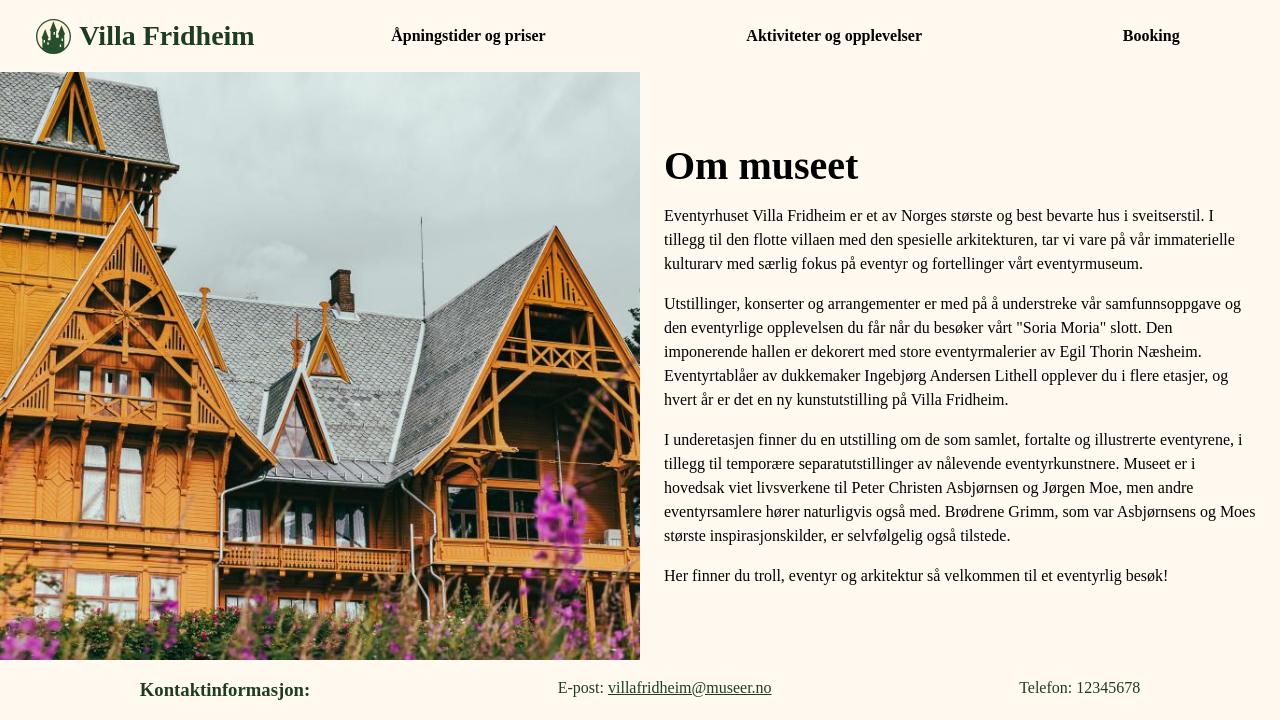
Repository: IdaHolmen/villa-fridheim
Page: src/about.html
These files come from the project's save history. The page is drawn as it stood at one moment and after the next save; the edit follows.
The browser window is 1280 px wide. The pictures show the whole page.
Some web fonts or font styles are not loaded; a fallback is used.

Above is the page before, as saved 2024-10-16 07:27:59.

After the next save:
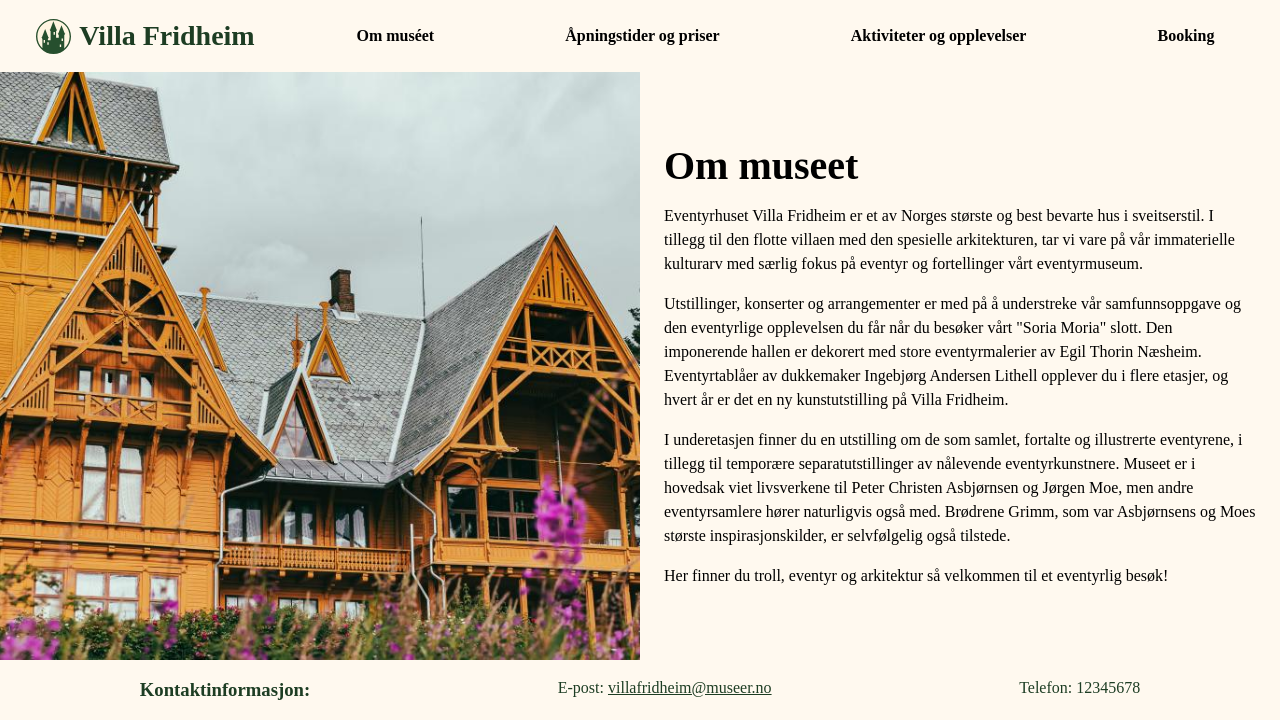
Saved 117 s later.
--- a/src/about.html
+++ b/src/about.html
@@ -21,6 +21,7 @@
             </div>
 
             <nav class="nav-bar">
+                <a href="about.html" class="nav-link">Om muséet</a>
                 <a href="info.html" class="nav-link">Åpningstider og priser</a>
                 <a href="activities.html" class="nav-link">Aktiviteter og opplevelser</a>
                 <a href="booking.html" class="nav-link">Booking</a>
